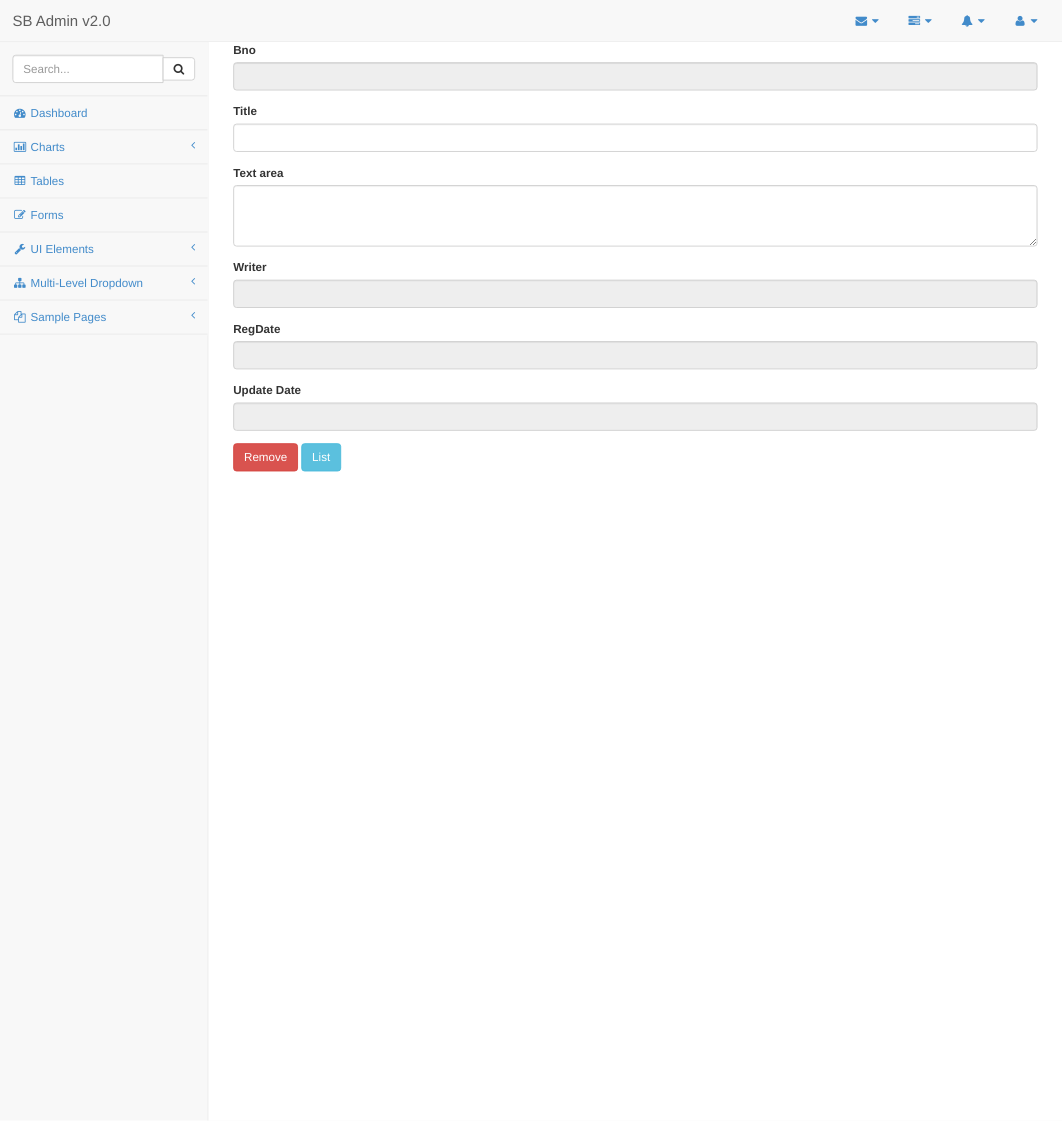
Repository: cghPaper/dashboard00
Page: http://localhost/ex02/WEB-INF/views/board/modify.jsp
An editor plug-in stored every save of this project. The page is shown before and after the next save, followed by the edit.
The browser window is 1280 px wide. The pictures show the whole page, at 83% of full size.
The page is served by Tomcat 9. Nobody is signed in. The template is opened directly, without the code that normally fills it, so the values that code supplies are empty.

Above is the page before, as saved 2020-01-27 08:23:07.

After the next save:
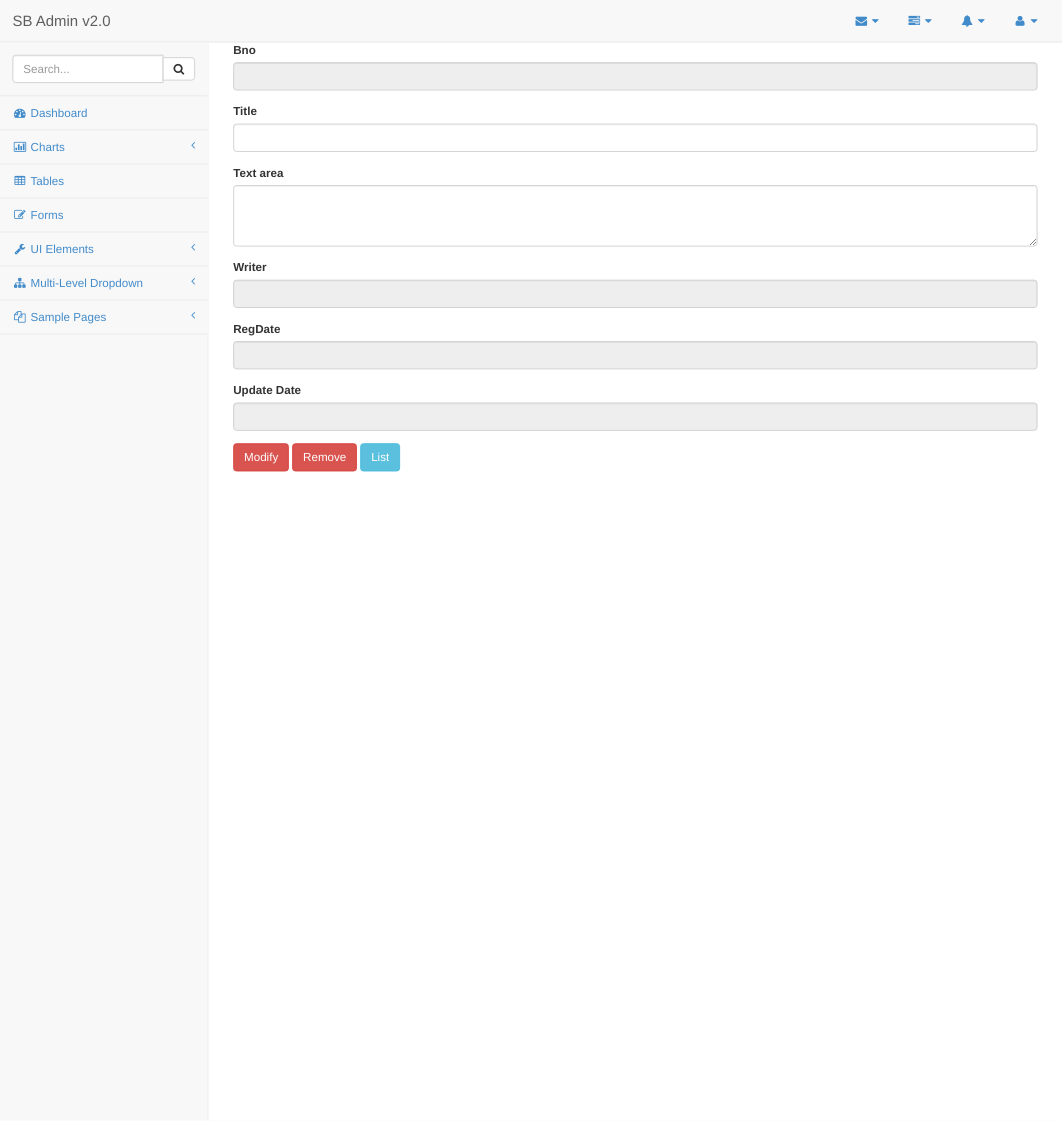
Saved 49 s later.
--- a/ex02/src/main/webapp/WEB-INF/views/board/modify.jsp
+++ b/ex02/src/main/webapp/WEB-INF/views/board/modify.jsp
@@ -34,6 +34,7 @@
 		<label>Update Date</label>
 		<input class="form-control" name='updateDate' value='<fmt:formatDate pattern = "yyyy/MM/dd" value = "${board.updatedate }" />' readonly="readonly">
 	</div>
+	<button type="submit" data-oper='modify' class="btn btn-danger">Modify</button>
 	<button type="submit" data-oper='remove' class="btn btn-danger">Remove</button>
 	<button type="submit" data-oper='list' class="btn btn-info">List</button>
 </form>
